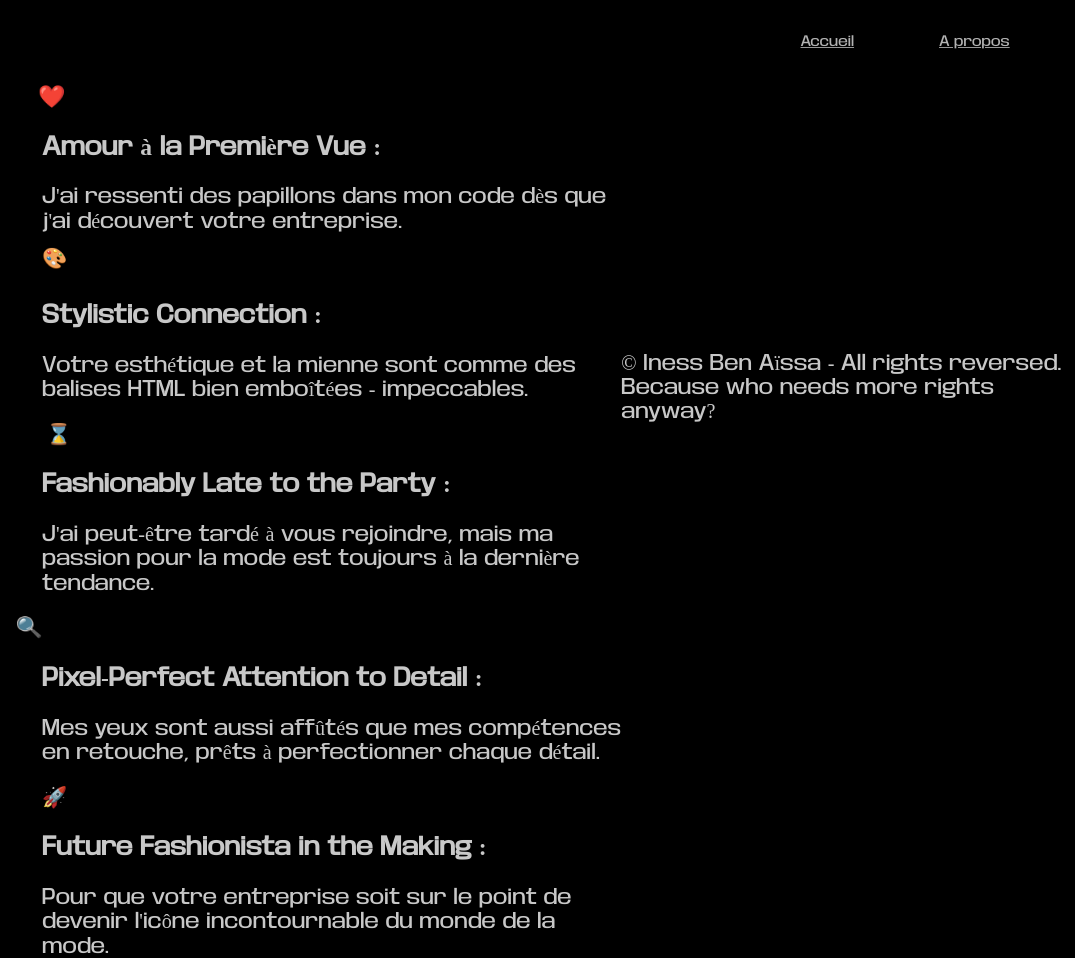
Repository: inessben/application
Page: company/company.html
These files come from the project's save history. The page is drawn as it stood at one moment and after the next save; the edit follows.
The browser window is 1280 px wide. The pictures show the whole page, at 84% of full size.

Above is the page before, as saved 2023-12-04 03:09:17.

After the next save:
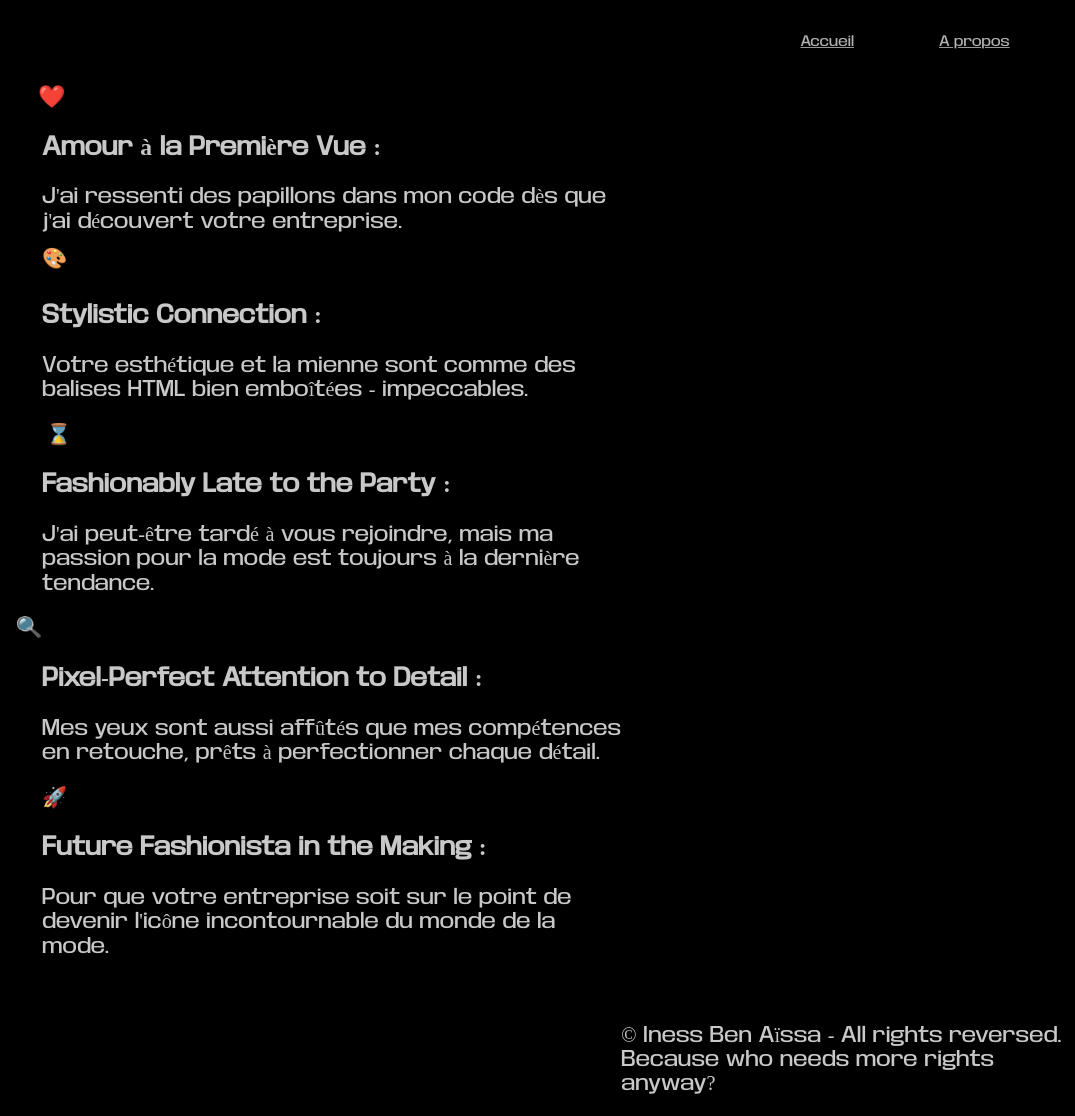
Saved 10 s later.
--- a/company/company.css
+++ b/company/company.css
@@ -140,5 +140,5 @@ footer{
     display: flex;
     align-items: center;
     justify-content: center;
-    bottom: -100px;
+    bottom: -900px;
 }
